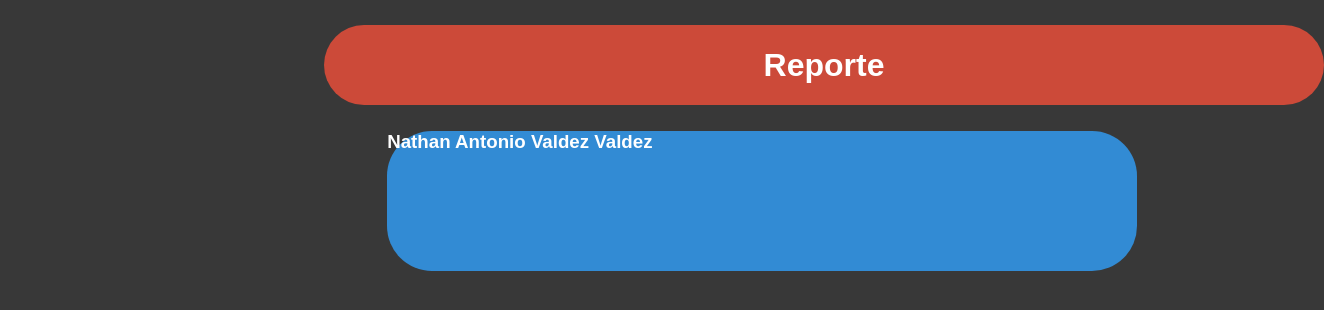
Repository: nathanvdev/LFP_PR_202001568
Page: plantilla.html
The author's editor kept a copy of each file at every save. The page is drawn from the files as they stood at one save, then again after the next save.
The browser window is 1280 px wide. The page is 1324 px wide, so the pictures cover 1324 px, including what lies to the right of the window. The pictures show the whole page.

Above is the page before, as saved 2022-02-19 18:50:40.

### plantilla.html

<!DOCTYPE html>
<html lang="en">
<head>
    <meta charset="UTF-8">
    <meta http-equiv="X-UA-Compatible" content="IE=edge">
    <meta name="viewport" content="width=device-width, initial-scale=1.0">
    <title>Document</title>
</head>
<style>
    body{
        font-family: sans-serif;
    }
    .titlebox{
        background-color: rgb(204, 74, 57);
        height: 80px;
        width: 1000px;
        margin: 2%;
        margin-left: 25%;
        border-radius: 45px;


        display: flex;
        justify-content: center;
    }
    .PersonalInfo{
        background-color: rgb(50, 139, 212);
        height: 140px;
        width: 750px;
        margin: 2%;
        margin-left: 30%;
        border-radius: 45px;
        text-align: left;
    }
</style>
<body style="background-color: rgb(56, 56, 56);">
    <div class="titlebox">
        <h1 style="color: white;">Reporte</h1>
    </div>
    <div class="PersonalInfo">
        <h3 style="color: white;">
            Nathan Antonio Valdez Valdez
        </h3>
    </div>
</body>
</html>

After the next save:
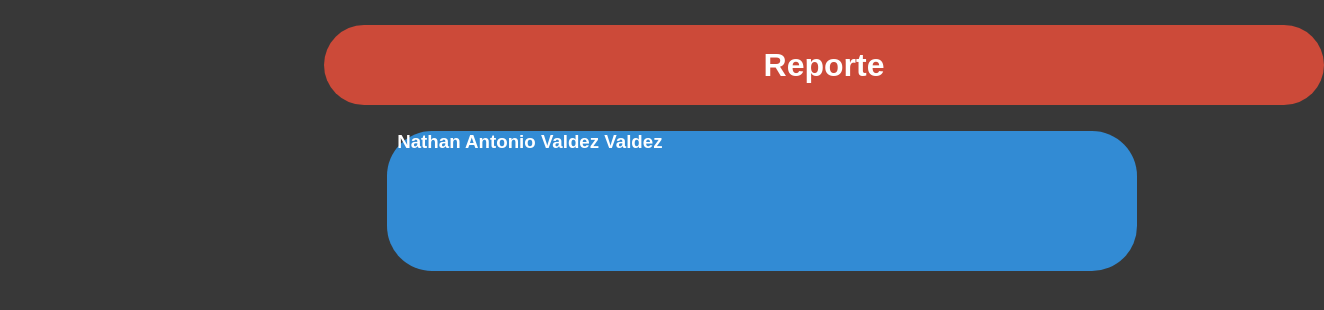
Saved 34 s later.
--- a/plantilla.html
+++ b/plantilla.html
@@ -30,7 +30,7 @@
         margin: 2%;
         margin-left: 30%;
         border-radius: 45px;
-        text-align: left;
+
     }
 </style>
 <body style="background-color: rgb(56, 56, 56);">
@@ -38,7 +38,7 @@
         <h1 style="color: white;">Reporte</h1>
     </div>
     <div class="PersonalInfo">
-        <h3 style="color: white;">
+        <h3 style="color: white; padding-left: 10px;">
             Nathan Antonio Valdez Valdez
         </h3>
     </div>
